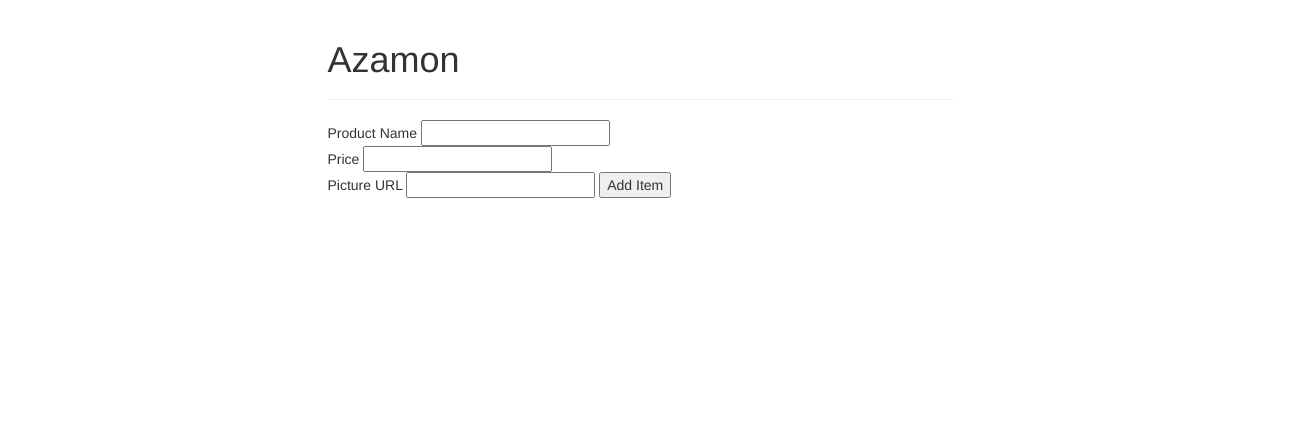
Repository: bkappen/Creative3
Page: midterm/public/index.html
The author's editor kept a record of every edit. The page is drawn from the files as they stood at one moment, then again after the next edit.
The browser window is 1280 px wide. The page is 1295 px wide, so the pictures cover 1295 px, including what lies to the right of the window. The pictures show the whole page.
The page's requests for data from a server got no answer. Some web libraries are served in a nearby version.

Above is the page before.

### midterm/public/index.html
<html>

<head>
    <title>Products</title>
    <link href="//maxcdn.bootstrapcdn.com/bootstrap/3.2.0/css/bootstrap.min.css" rel="stylesheet">
    <script src="//ajax.googleapis.com/ajax/libs/angularjs/1.2.19/angular.min.js"></script>
    <script src="javascripts/product.js"></script>

</head>

<body ng-app="midterm" ng-controller="MainCtrl">
    <div class="row">
        <div class="col-md-6 col-md-offset-3">
            <div class="page-header">
                <h1>Azamon </h1>
            </div>

            <form ng-submit="addProduct()" style="margin-top30px;">
                Product Name <input type="text" id="name" ng-model="formContent"></input> <br>
                Price <input type="text" id = "$" ng-model="formContent"></input> <br>
                Picture URL <input type="text" id = "url" ng-model="formContent"></input>
                <button type="submit">Add Item</button>
            </form>
            <div ng-repeat="product in products | orderBy: '-'">
                <span class="glyphicon glyphicon-remove" ng-click="delete(product)"></span> {{product.title}} - ordered: {{product.ordered}}
            </div>

            </div>
        </div>
    </div>
</body>

</html>

### midterm/public/javascripts/product.js
angular.module('midterm', [])
    .controller('MainCtrl', [
        '$scope', '$http',
        function($scope, $http) {
            $scope.products = [];
            $scope.addProduct = function() {
                var newproduct = { title: $scope.nameContent, price: $scope.priceContent, URL: $scope.picContent, ordered: 0 };
                $http.post('/products', newproduct).success(function(data) {
                    $scope.products.push(data);
                });
                $scope.nameContent = '';
                $scope.priceContent = '';
                $scope.picContent = '';
                $scope.products.push(newproduct);
            };
            $scope.incrementOrders = function(product) {
                $http.put('/products/' + product._id + '/order')
                    .success(function(data) {
                        product.ordered += 1;
                    });
            };
            $scope.delete = function(product) {
                $http.delete('/products/' + product._id)
                    .success(function(data) {
                        console.log("delete worked");
                        $scope.getAll();
                    });
            };
            $scope.getAll = function() {
                return $http.get('/products').success(function(data) {
                    angular.copy(data, $scope.products);
                });
            };
            $scope.getAll();
        }


    ]);

After the next edit:
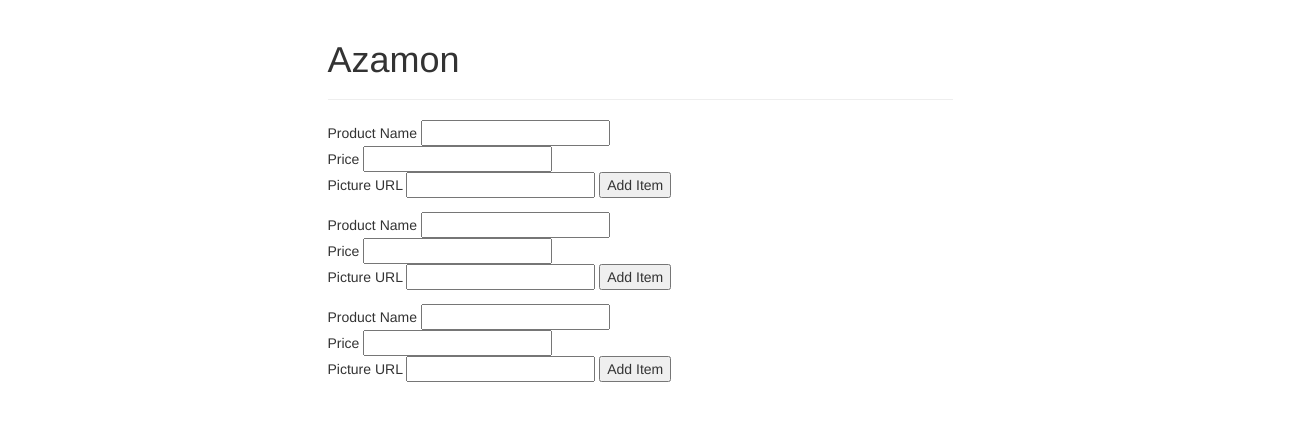
The edit:
--- a/midterm/public/index.html
+++ b/midterm/public/index.html
@@ -21,6 +21,21 @@
                 Picture URL <input type="text" id = "url" ng-model="formContent"></input>
                 <button type="submit">Add Item</button>
             </form>
+
+            <form ng-submit="addProduct()" style="margin-top30px;">
+                Product Name <input type="text" id="name" ng-model="formContent"></input> <br>
+                Price <input type="text" id = "$" ng-model="formContent"></input> <br>
+                Picture URL <input type="text" id = "url" ng-model="formContent"></input>
+                <button type="submit">Add Item</button>
+            </form>
+
+            <form ng-submit="addProduct()" style="margin-top30px;">
+                Product Name <input type="text" id="name" ng-model="formContent"></input> <br>
+                Price <input type="text" id = "$" ng-model="formContent"></input> <br>
+                Picture URL <input type="text" id = "url" ng-model="formContent"></input>
+                <button type="submit">Add Item</button>
+            </form>
+
             <div ng-repeat="product in products | orderBy: '-'">
                 <span class="glyphicon glyphicon-remove" ng-click="delete(product)"></span> {{product.title}} - ordered: {{product.ordered}}
             </div>
